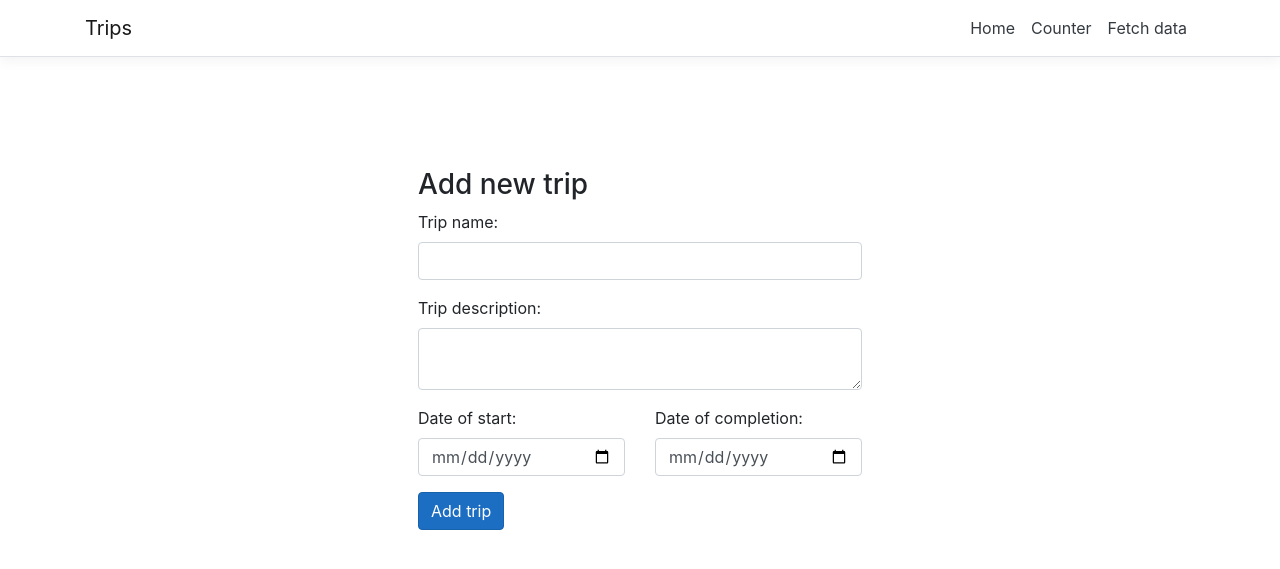
Repository: DevLuDaley/Trips
Page: /Create (app in ClientApp/)
An editor plug-in stored every save of this project. The page is shown before and after the next save, followed by the edit.
The browser window is 1280 px wide. The pictures show the whole page.
The project was rebuilt for these pictures with package versions that can differ from the ones it lists, and the page was loaded fresh each time. Also part of the build but not shown: ClientApp/src/components/Home.js, ClientApp/src/components/FetchData.js, ClientApp/src/components/Counter.js, ClientApp/src/components/Trip/Trips.jsx.

Above is the page before, as saved 2020-11-06 11:34:36.

### ClientApp/public/index.html
<!DOCTYPE html>
<html lang="en">
  <head>
    <meta charset="utf-8">
    <meta name="viewport" content="width=device-width, initial-scale=1, shrink-to-fit=no">
    <meta name="theme-color" content="#000000">
    <base href="%PUBLIC_URL%/" />
    <!--
      manifest.json provides metadata used when your web app is added to the
      homescreen on Android. See https://developers.google.com/web/fundamentals/engage-and-retain/web-app-manifest/
    -->
    <link rel="manifest" href="%PUBLIC_URL%/manifest.json">
    <link rel="shortcut icon" href="%PUBLIC_URL%/favicon.ico">
    <!--
      Notice the use of %PUBLIC_URL% in the tags above.
      It will be replaced with the URL of the `public` folder during the build.
      Only files inside the `public` folder can be referenced from the HTML.

      Unlike "/favicon.ico" or "favicon.ico", "%PUBLIC_URL%/favicon.ico" will
      work correctly both with client-side routing and a non-root public URL.
      Learn how to configure a non-root public URL by running `npm run build`.
    -->
    <title>Trips</title>
  </head>
  <body>
    <noscript>
      You need to enable JavaScript to run this app.
    </noscript>
    <div id="root"></div>
    <!--
      This HTML file is a template.
      If you open it directly in the browser, you will see an empty page.

      You can add webfonts, meta tags, or analytics to this file.
      The build step will place the bundled scripts into the <body> tag.

      To begin the development, run `npm start` or `yarn start`.
      To create a production bundle, use `npm run build` or `yarn build`.
    -->
  </body>
</html>

### ClientApp/src/App.js
import React, { Component } from 'react';
import { Route } from 'react-router';
import { Layout } from './components/Layout';
import { Home } from './components/Home';
import { FetchData } from './components/FetchData';
import { Counter } from './components/Counter';

import './custom.css'
import Trips from './components/Trip/Trips';
import CreateTrip from './components/Trip/CreateTrip';

export default class App extends Component {
  static displayName = App.name;

  render () {
    return (
      <Layout>
        <Route exact path='/' component={Home} />
        <Route path='/counter' component={Counter} />
        <Route path='/fetch-data' component={FetchData} />
        <Route path='/trips' component={Trips} />
        <Route path='/create' component={CreateTrip} />
      </Layout>
    );
  }
}

### ClientApp/src/custom.css
/* Provide sufficient contrast against white background */
a {
  color: #0366d6;
}

code {
  color: #E01A76;
}

.btn-primary {
  color: #fff;
  background-color: #1b6ec2;
  border-color: #1861ac;
}

.trip-form {
  /* color: #fff;
  background-color: #1b6ec2;
  border-color: #1861ac; */
  margin: 10% 30% 10% 30%;
}

### ClientApp/src/components/Trip/CreateTrip.jsx
import React, { Fragment, Component } from 'react'
class Create extends Component {
    constructor(props){
        super(props)
        this.state = {
                   name: '',
                   description: '',
                   dateStarted: null,
                   dateCompleted: null
          }

    }
    render() {
        return (
        <Fragment>
            <div className="trip-form" >
                <h3>Add new trip</h3>
                <form onSubmit={this.onSubmit}>
                    <div className="form-group">
                        <label>Trip name:  </label>
                        <input
                          type="text"
                          className="form-control"
                         />
                    </div>
                    <div className="form-group">
                        <label>Trip description: </label>
                        <textarea
			  type="text"
                          className="form-control"
                        />
                    </div>
                    <div className="row">
                        <div className="col col-md-6 col-sm-6 col-xs-12">
                            <div className="form-group">
                                <label>Date of start:  </label>
                                <input
                                  type="date"
                                  className="form-control"
                                />
                            </div>
                        </div>
                        <div className="col col-md-6 col-sm-6 col-xs-12">
                          <div className="form-group">
                            <label>Date of completion:  </label>
                            <input
                                type="date"
                                className="form-control"
                            />
                            </div>
                        </div>
                    </div>


                    <div className="form-group">
                        <input type="submit" value="Add trip" className="btn btn-primary"/>
                    </div>
                </form>
            </div>
        </Fragment> );
    }
}

export default Create;

### ClientApp/src/components/NavMenu.js
import React, { Component } from 'react';
import { Collapse, Container, Navbar, NavbarBrand, NavbarToggler, NavItem, NavLink } from 'reactstrap';
import { Link } from 'react-router-dom';
import './NavMenu.css';

export class NavMenu extends Component {
  static displayName = NavMenu.name;

  constructor (props) {
    super(props);

    this.toggleNavbar = this.toggleNavbar.bind(this);
    this.state = {
      collapsed: true
    };
  }

  toggleNavbar () {
    this.setState({
      collapsed: !this.state.collapsed
    });
  }

  render () {
    return (
      <header>
        <Navbar className="navbar-expand-sm navbar-toggleable-sm ng-white border-bottom box-shadow mb-3" light>
          <Container>
            <NavbarBrand tag={Link} to="/trips">Trips</NavbarBrand>
            <NavbarToggler onClick={this.toggleNavbar} className="mr-2" />
            <Collapse className="d-sm-inline-flex flex-sm-row-reverse" isOpen={!this.state.collapsed} navbar>
              <ul className="navbar-nav flex-grow">
                <NavItem>
                  <NavLink tag={Link} className="text-dark" to="/">Home</NavLink>
                </NavItem>
                <NavItem>
                  <NavLink tag={Link} className="text-dark" to="/counter">Counter</NavLink>
                </NavItem>
                <NavItem>
                  <NavLink tag={Link} className="text-dark" to="/fetch-data">Fetch data</NavLink>
                </NavItem>
              </ul>
            </Collapse>
          </Container>
        </Navbar>
      </header>
    );
  }
}

Loaded but not shown: ClientApp/src/index.js (common file); ClientApp/src/registerServiceWorker.js (common file); ClientApp/src/components/Layout.js (common file); ClientApp/src/components/NavMenu.css (common file)

After the next save:
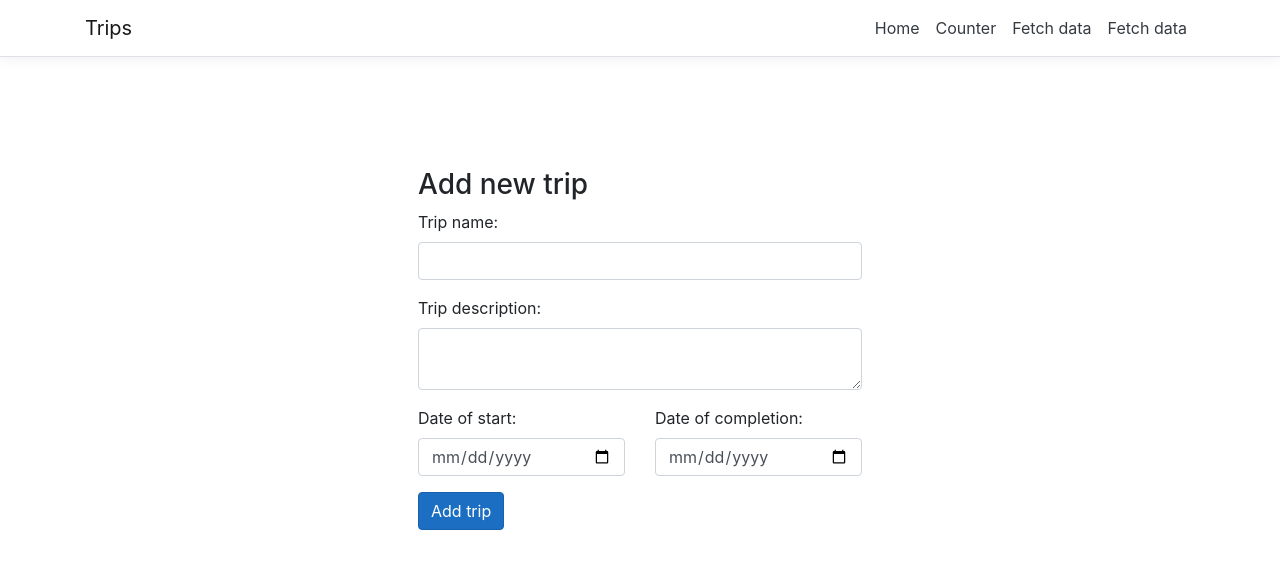
Saved 95 s later.
--- a/ClientApp/src/components/NavMenu.js
+++ b/ClientApp/src/components/NavMenu.js
@@ -39,6 +39,9 @@ export class NavMenu extends Component {
                 <NavItem>
                   <NavLink tag={Link} className="text-dark" to="/fetch-data">Fetch data</NavLink>
                 </NavItem>
+                <NavItem>
+                  <NavLink tag={Link} className="text-dark" to="/fetch-data">Fetch data</NavLink>
+                </NavItem>
               </ul>
             </Collapse>
           </Container>
